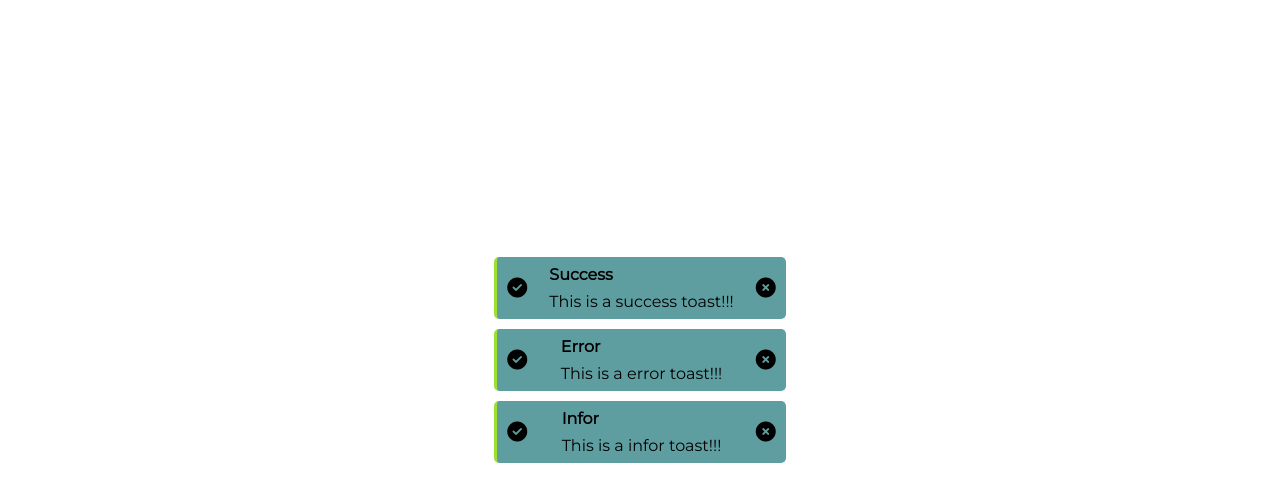
Repository: thuynguyen0964/Toast-Cooler
Page: index.html
The author's editor kept a copy of each file at every save. The page is drawn from the files as they stood at one save, then again after the next save.
The browser window is 1280 px wide. The pictures show the whole page.

Above is the page before, as saved 2023-01-26 20:25:44.

### index.html
<!DOCTYPE html>
<html lang="en">
  <head>
    <meta charset="UTF-8" />
    <meta http-equiv="X-UA-Compatible" content="IE=edge" />
    <meta name="viewport" content="width=device-width, initial-scale=1.0" />
    <title>Toast Mess Cooler</title>
    <link
      href="https://fonts.googleapis.com/css2?family=Montserrat:wght@300;400&display=swap"
      rel="stylesheet"
    />
    <link
      rel="stylesheet"
      href="https://cdnjs.cloudflare.com/ajax/libs/font-awesome/6.2.1/css/all.min.css"
    />
    <link rel="stylesheet" href="./app/style.css" />
  </head>
  <body>
    <ul class="container">
      <li class="toast success">
        <div class="icon">
          <i class="fa-solid fa-circle-check"></i>
        </div>
        <div class="toast__text">
          <h4 class="toast__title">Success</h4>
          <p class="toast__desc">This is a success toast!!!</p>
        </div>
        <div class="icon__close">
          <i class="fa-solid fa-circle-xmark"></i>
        </div>
      </li>
      <li class="toast error">
        <div class="icon">
          <i class="fa-solid fa-circle-check"></i>
        </div>
        <div class="toast__text">
          <h4 class="toast__title">Error</h4>
          <p class="toast__desc">This is a error toast!!!</p>
        </div>
        <div class="icon__close">
          <i class="fa-solid fa-circle-xmark"></i>
        </div>
      </li>
      <li class="toast infor">
        <div class="icon">
          <i class="fa-solid fa-circle-check"></i>
        </div>
        <div class="toast__text">
          <h4 class="toast__title">Infor</h4>
          <p class="toast__desc">This is a infor toast!!!</p>
        </div>
        <div class="icon__close">
          <i class="fa-solid fa-circle-xmark"></i>
        </div>
      </li>
    </ul>
  </body>
</html>

### app/style.css
*{
    margin: 0;
    padding: 0;
    box-sizing: border-box;
}
body{
    font-family: "Montserrat", sans-serif;
    display: flex;
    align-items: center;
    justify-content: center;
    min-height: 100vh;
}

.toast{
    width: 350x;
    list-style: none;
    border-left: 3px solid #9de031;
    border-radius: 5px;
    display: flex;
    align-items: center;
    justify-content: space-between;
    background-color: cadetblue;
    margin: 10px 0;
}
.toast__text{
    padding: 0 12px;
}
.toast__desc,
.toast__title{
    margin: 8px 0;
}
.icon__close,
.icon{
    padding:0 10px;
    font-size: 20px;
}

After the next save:
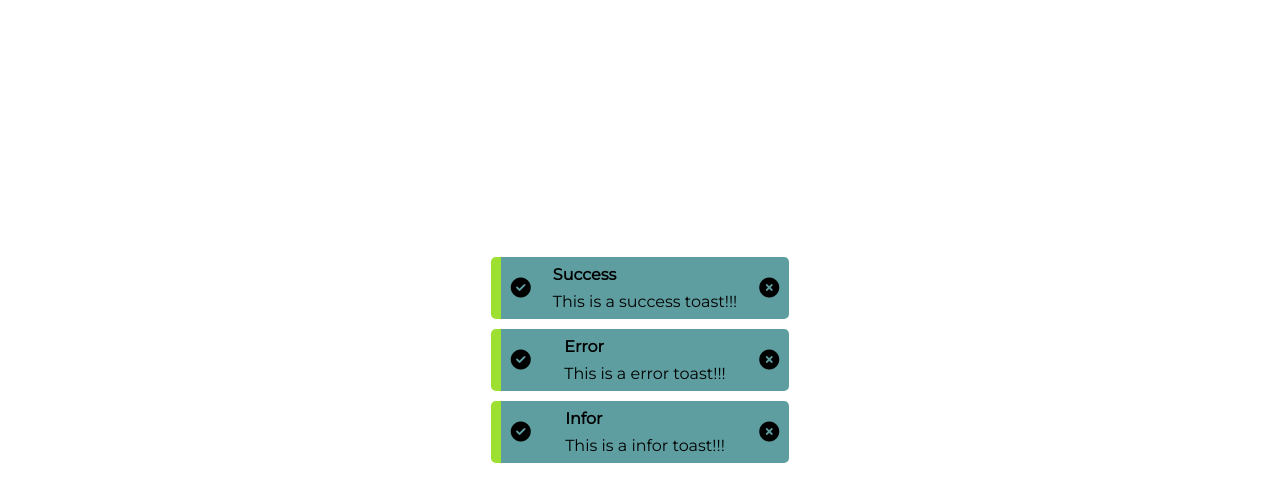
Saved 18 s later.
--- a/app/style.css
+++ b/app/style.css
@@ -14,7 +14,7 @@ body{
 .toast{
     width: 350x;
     list-style: none;
-    border-left: 3px solid #9de031;
+    border-left: 10px solid #9de031;
     border-radius: 5px;
     display: flex;
     align-items: center;
